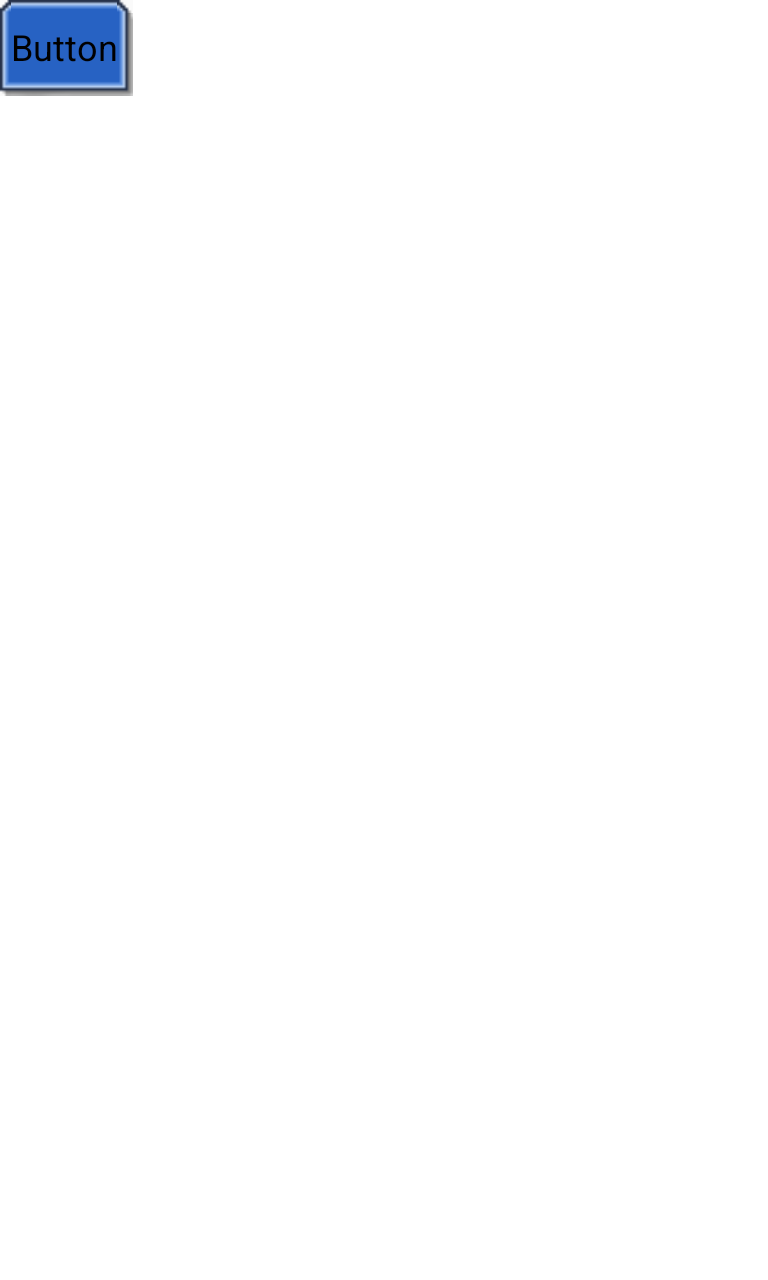
Repository: CMPUT301W13T11/classproject
Layout: FoodBook/res/layout/activity_main_screen.xml
These files come from the project's save history. The layout is drawn as it stood at one moment and after the next save; the edit follows.
It is drawn on a 768 x 1280 px phone screen (xhdpi) without system bars, with theme AppTheme; the app's code is not run.

Above is the layout before, as saved 2013-03-06 02:14:08.

### FoodBook/res/layout/activity_main_screen.xml
<RelativeLayout xmlns:android="http://schemas.android.com/apk/res/android"
    xmlns:tools="http://schemas.android.com/tools"
    android:layout_width="match_parent"
    android:layout_height="match_parent"
    tools:context=".MainScreen" >

    <Button
        android:id="@+id/button1"
        android:layout_width="wrap_content"
        android:layout_height="wrap_content"
        android:layout_alignParentLeft="true"
        android:layout_alignParentTop="true"
        android:text="Button"
        android:background="@drawable/button_style1"
        />

</RelativeLayout>

### FoodBook/res/values/styles.xml
<resources>

    <!--
        Base application theme, dependent on API level. This theme is replaced
        by AppBaseTheme from res/values-vXX/styles.xml on newer devices.
    -->
    <style name="AppBaseTheme" parent="android:Theme.Light">
        <!--
            Theme customizations available in newer API levels can go in
            res/values-vXX/styles.xml, while customizations related to
            backward-compatibility can go here.
        -->
    </style>

    <!-- Application theme. -->
    <style name="AppTheme" parent="AppBaseTheme">
        <!-- All customizations that are NOT specific to a particular API-level can go here. -->
    </style>

    <style name="styleName" parent="android:Widget.Holo.Light.Button">
        <item name="android:layout_marginLeft">17dp</item>
    </style>
</resources>

Loaded but not shown: FoodBook/res/values-v11/styles.xml (common file); FoodBook/res/values-v14/styles.xml (common file)

After the next save:
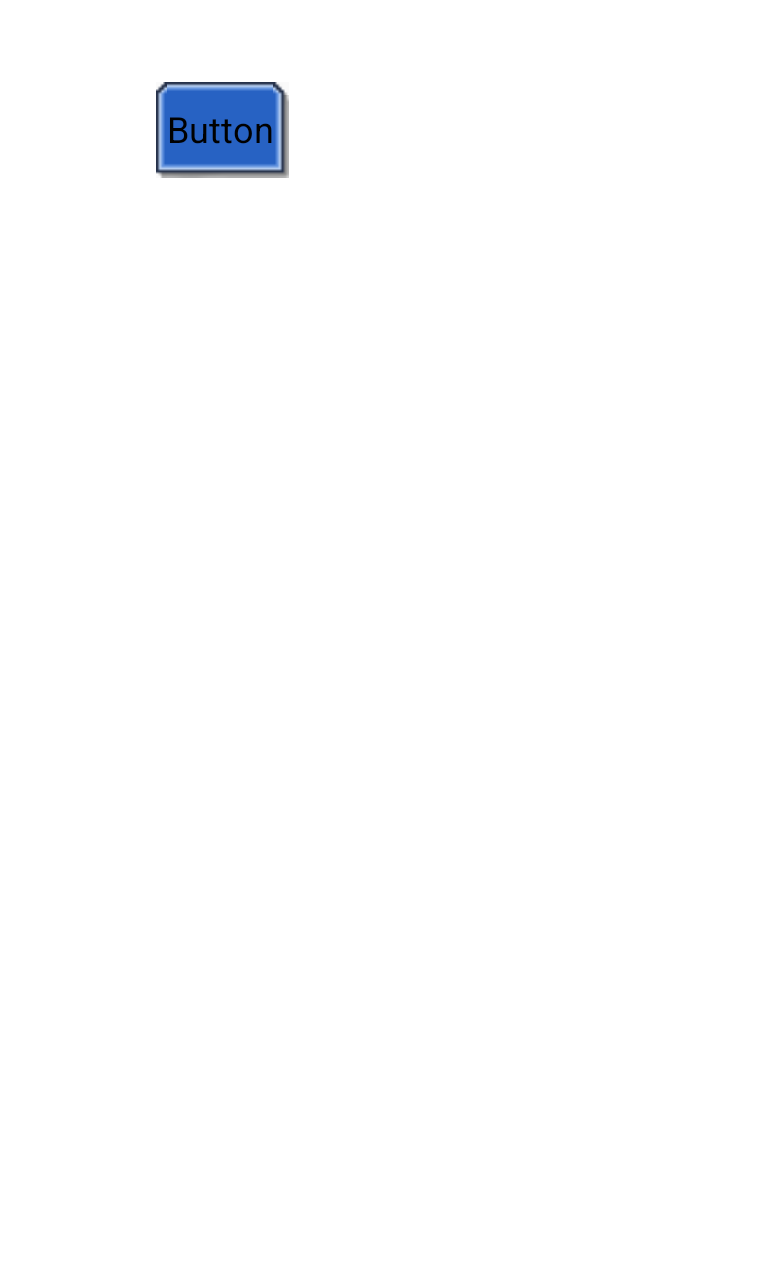
Saved 18 s later.
--- a/FoodBook/res/layout/activity_main_screen.xml
+++ b/FoodBook/res/layout/activity_main_screen.xml
@@ -10,8 +10,9 @@
         android:layout_height="wrap_content"
         android:layout_alignParentLeft="true"
         android:layout_alignParentTop="true"
-        android:text="Button"
+        android:layout_marginLeft="78dp"
+        android:layout_marginTop="41dp"
         android:background="@drawable/button_style1"
-        />
+        android:text="Button" />
 
 </RelativeLayout>
